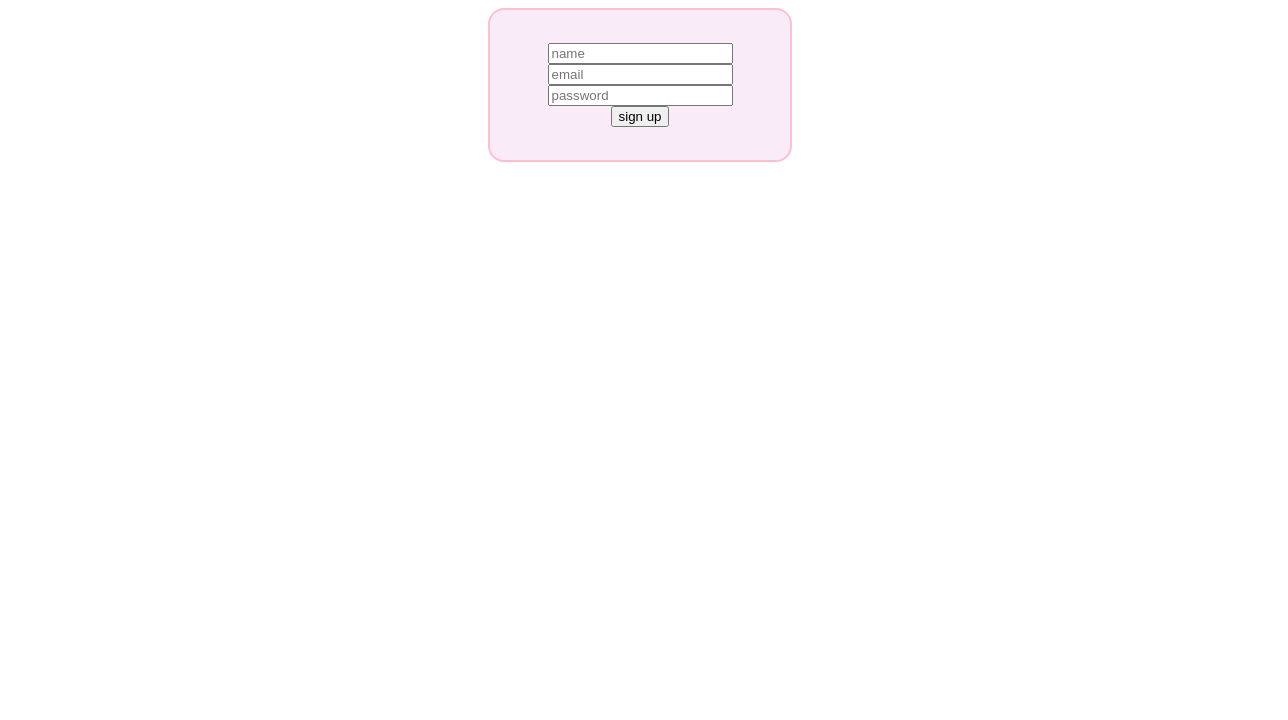
Repository: RenataDzotova/TwitterApp
Page: server/view/signup.html
The author's editor kept a copy of each file at every save. The page is drawn from the files as they stood at one save, then again after the next save.
The browser window is 1280 px wide. The page is 1280 px wide, then 1288 px, so the pictures cover 1288 px, including what lies to the right of the window. The pictures show the whole page.

Above is the page before, as saved 2022-12-08 23:14:15.

### server/view/signup.html
<!DOCTYPE html>
<html lang="en">
<head>
    <meta charset="UTF-8">
    <title>Sign Up</title>
    <style>
         #container {
            display: flex;
            align-items: center;
            justify-content: center;
            flex-direction: column;
            width: 300px;
            height: 150px;
            color: maroon;
            background-color: #faebf8;
            border-radius: 16px;
            border: 2px solid pink;
        }

        #wrapper {
            display: flex;
            align-items: center;
            justify-content: center;
            flex-direction: column;
            width: 100%;
            height: 100%;
        }

        form{
            display: flex;
            align-items: center;
            justify-content: center;
            flex-direction: column;
        }
    </style>
</head>
<body>
    <div id="wrapper">
        <div id="container">
            <form action="/signup" method="post">
                <input type="text" name="name" placeholder="name">
                <input type="text" name="email" placeholder="email">
                <input type="text" name="password" placeholder="password">
                <button type="submit">sign up</button>
            </form>
        </div>
    </div>
</body>
</html>

After the next save:
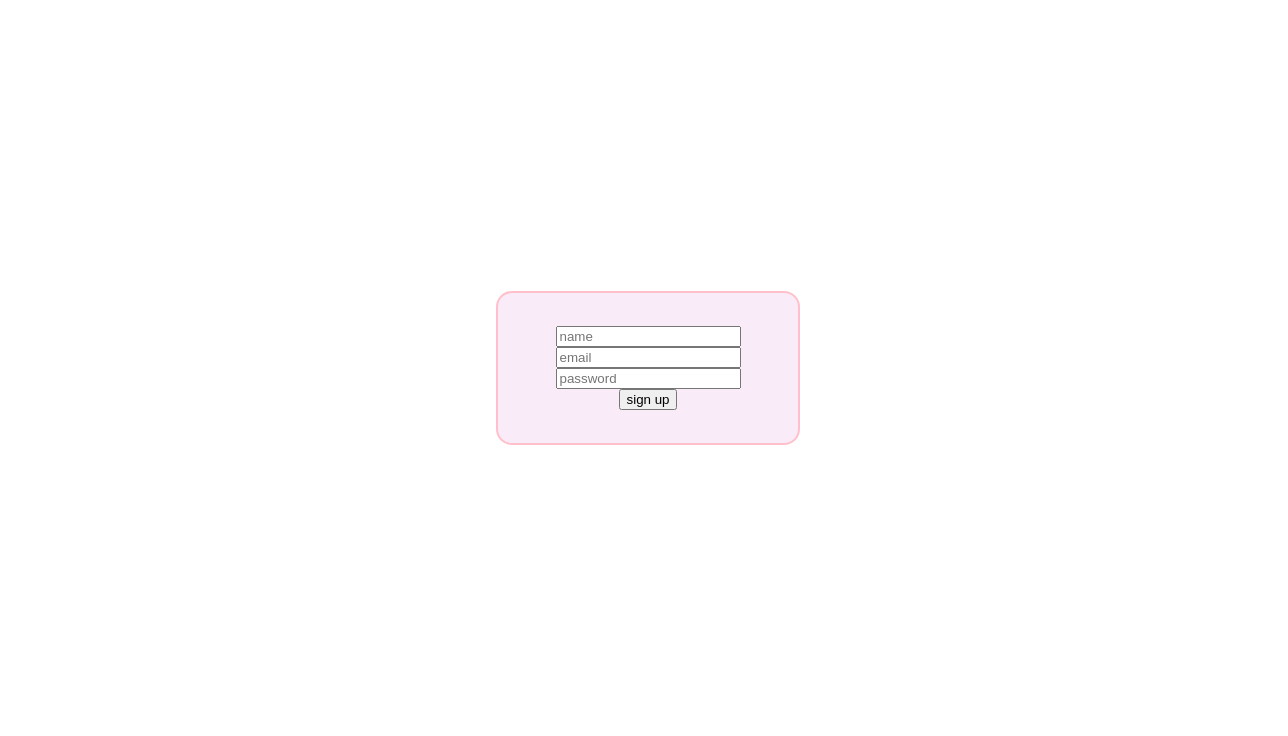
Saved 16 s later.
--- a/server/view/signup.html
+++ b/server/view/signup.html
@@ -22,8 +22,8 @@
             align-items: center;
             justify-content: center;
             flex-direction: column;
-            width: 100%;
-            height: 100%;
+            width: 100vw;
+            height: 100vh;
         }
 
         form{
